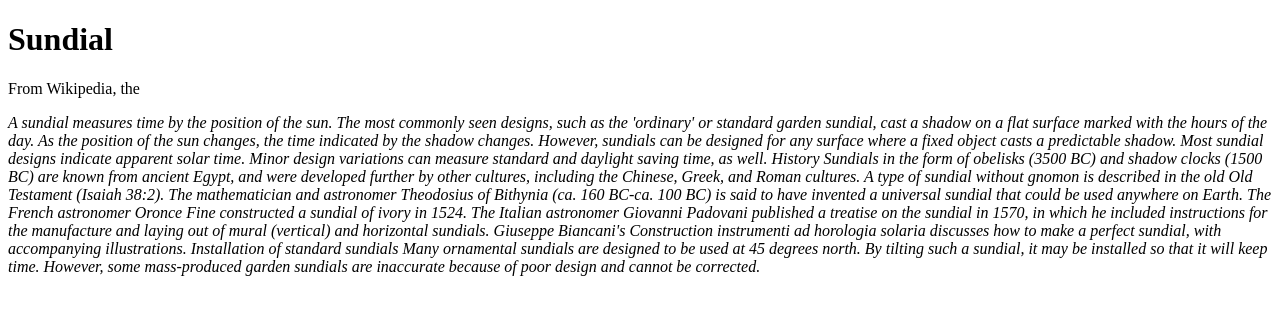
Repository: 9-5-pursuit/lab-intro-to-html
Page: sundial.html
These files come from the project's save history. The page is drawn as it stood at one moment and after the next save; the edit follows.
The browser window is 1280 px wide. The pictures show the whole page.

Above is the page before, as saved 2023-02-27 16:15:51.

After the next save:
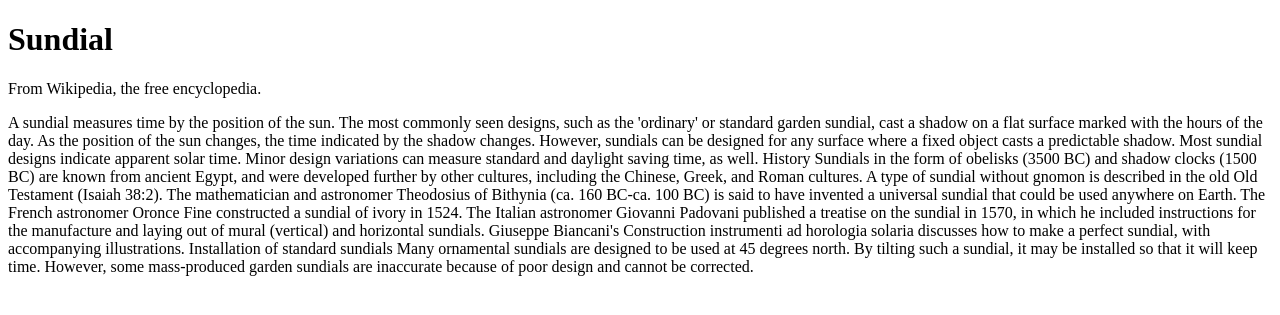
Saved 16 s later.
--- a/sundial.html
+++ b/sundial.html
@@ -10,7 +10,7 @@
     <header>
       <h1>Sundial</h1>
       <span>
-        From Wikipedia, the <em  free encyclopedia.
+        From Wikipedia, the <em></em>  free encyclopedia.
       </span>
     </header>
     <p>

After the 5 saves that followed:
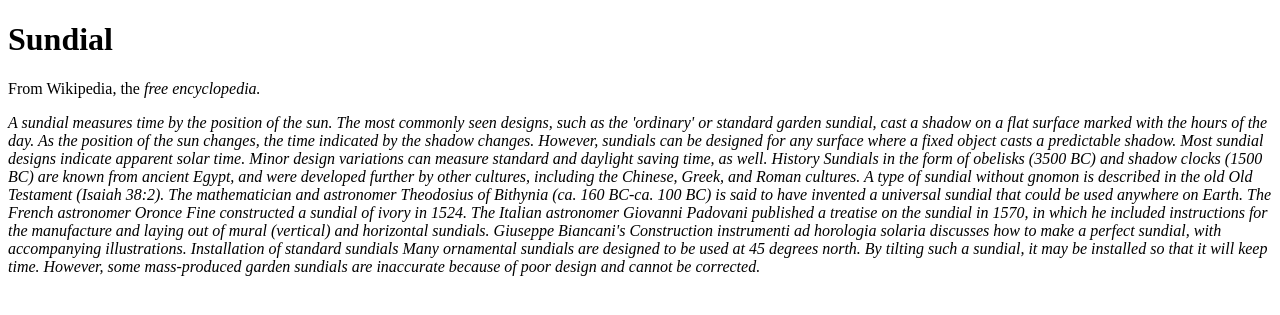
The 5 saves are shown as one change because 1 left the picture as it was and some came seconds apart.
The last was saved 25 s later.
--- a/sundial.html
+++ b/sundial.html
@@ -10,7 +10,7 @@
     <header>
       <h1>Sundial</h1>
       <span>
-        From Wikipedia, the <em></em>  free encyclopedia.
+        From Wikipedia, the <em>free encyclopedia.
       </span>
     </header>
     <p>
